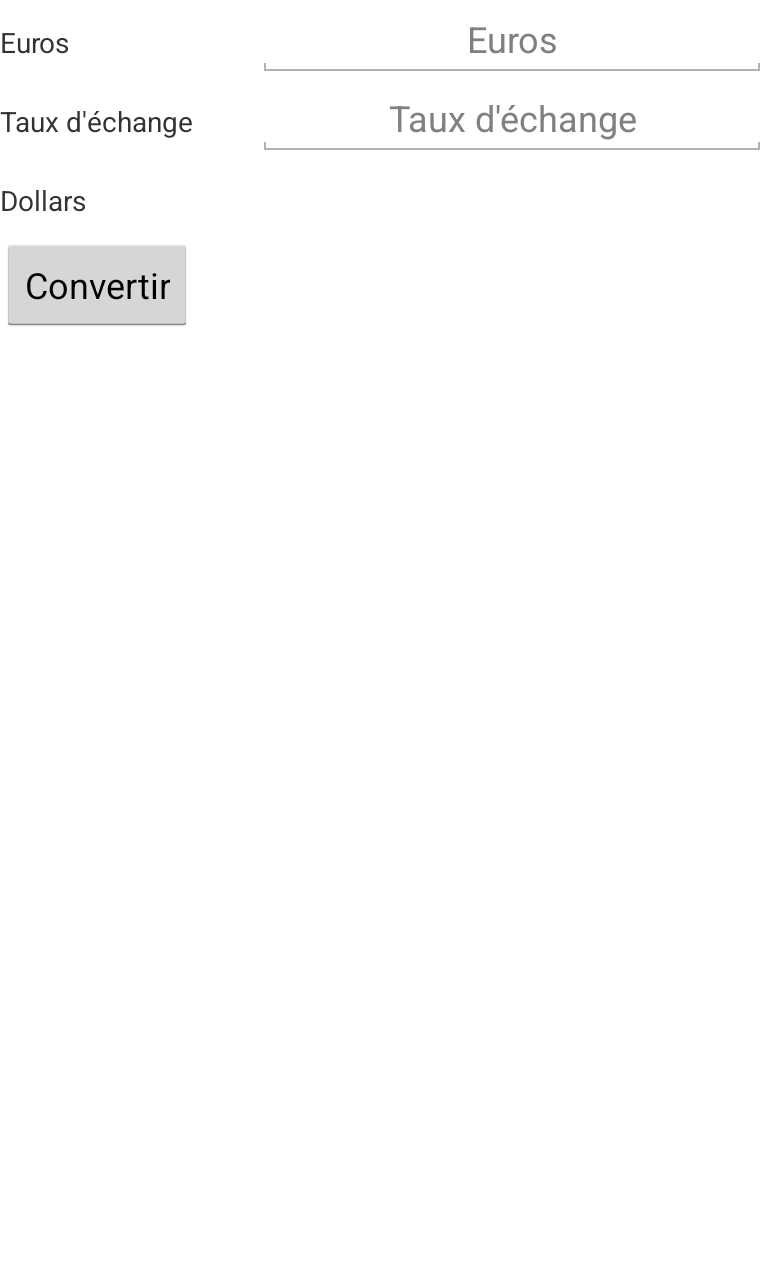
Repository: Keithdae/TP_IHM
Layout: Sous/res/layout/activity_main.xml
These files come from the project's save history. The layout is drawn as it stood at one moment and after the next save; the edit follows.
It is drawn on a 768 x 1280 px phone screen (xhdpi) without system bars, with theme AppTheme; the app's code is not run.

Above is the layout before, as saved 2016-03-08 10:52:00.

### Sous/res/layout/activity_main.xml
<LinearLayout xmlns:android="http://schemas.android.com/apk/res/android"
    xmlns:tools="http://schemas.android.com/tools"
    android:layout_width="match_parent"
    android:layout_height="match_parent"
    android:orientation="vertical"
    tools:context=".MainActivity" >


    <LinearLayout
    android:layout_width="match_parent"
    android:layout_height="wrap_content"
    android:orientation="horizontal">


    	<TextView
    	    android:layout_weight="1"
    	    android:layout_width="0dp"
     	 	android:layout_height="wrap_content"
      		android:text="@string/euros_label" />

    	<EditText android:id="@+id/edit_euros"
    	    android:inputType="numberDecimal"
    	    android:layout_weight="2"
        	android:layout_width="0dp"
        	android:layout_height="wrap_content"
        	android:gravity="center_horizontal"
        	android:hint="@string/euros_label" />

    </LinearLayout>


    <LinearLayout
    android:layout_width="match_parent"
    android:layout_height="wrap_content"
    android:orientation="horizontal">


    	<TextView
    	    android:layout_weight="1"
    	    android:layout_width="0dp"
     	 	android:layout_height="wrap_content"
      		android:text="@string/change_label" />

    	<EditText android:id="@+id/edit_change"
        	android:inputType="numberDecimal"
        	android:layout_weight="2"
        	android:layout_width="0dp"
        	android:layout_height="wrap_content"
        	android:gravity="center_horizontal"
        	android:hint="@string/change_label" />

    </LinearLayout>


    <LinearLayout
    android:layout_width="match_parent"
    android:layout_height="wrap_content"
    android:orientation="horizontal">


    	<TextView
    	    android:layout_weight="1"
    	    android:layout_width="0dp"
     	 	android:layout_height="wrap_content"
      		android:text="@string/dollars_label" />

    	<EditText android:id="@+id/edit_dollars"
    	    android:visibility="invisible"
        	android:inputType="numberDecimal"
        	android:layout_weight="2"
        	android:layout_width="0dp"
        	android:layout_height="wrap_content"
        	android:gravity="center_horizontal"
        	android:hint="@string/dollars_label"
        	android:enabled="false"
        	android:focusable="false" />

    </LinearLayout>


    <Button
    android:layout_width="wrap_content"
    android:layout_height="wrap_content"
    android:text="@string/button_convert"
    android:onClick="convert" />


</LinearLayout>

### Sous/res/values/strings.xml
<?xml version="1.0" encoding="utf-8"?>
<resources>

    <string name="app_name">Sous</string>
    <string name="hello_world">Hello world!</string>
    <string name="menu_settings">Settings</string>
    <string name="euros_label">Euros</string>
    <string name="dollars_label">Dollars</string>
    <string name="change_label">Taux d\'échange</string>
    <string name="button_convert">Convertir</string>

</resources>

Loaded but not shown: Sous/res/values/styles.xml (common file); Sous/res/values-v11/styles.xml (common file); Sous/res/values-v14/styles.xml (common file)

After the next save:
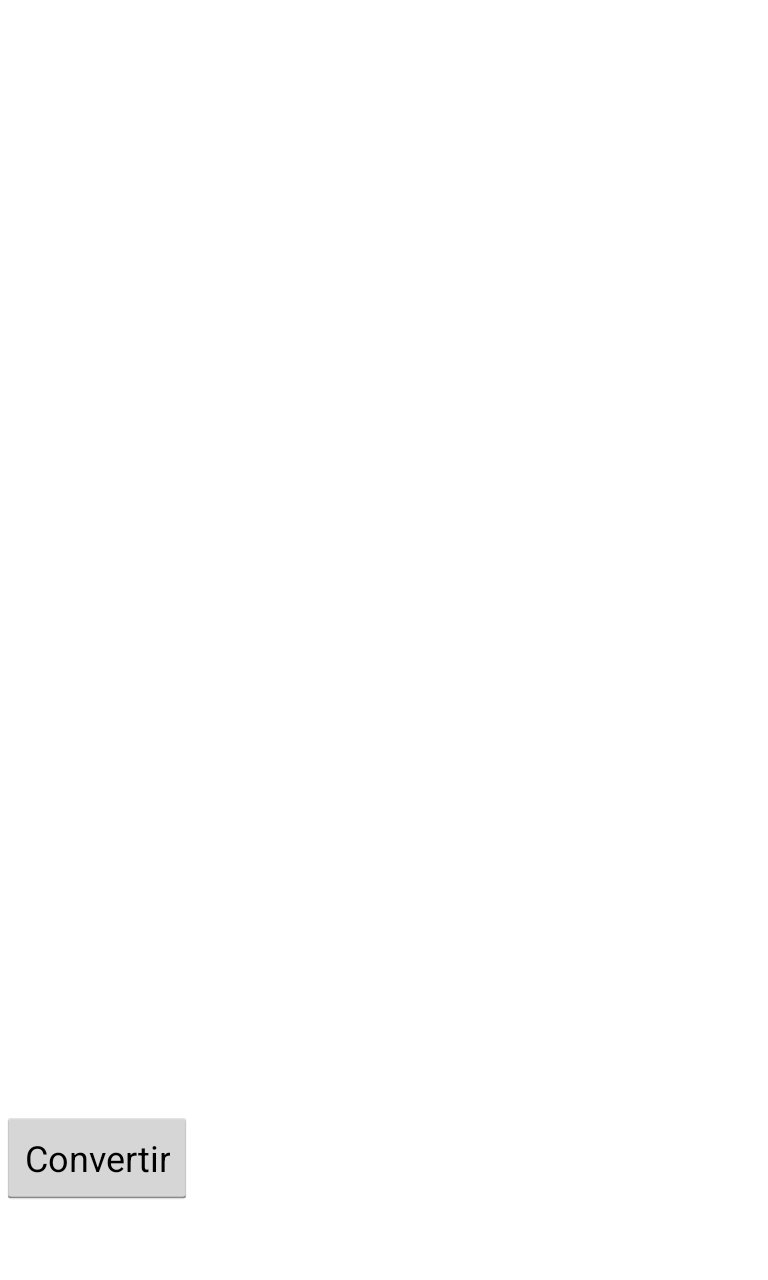
Saved 38 s later.
--- a/Sous/res/layout/activity_main.xml
+++ b/Sous/res/layout/activity_main.xml
@@ -9,7 +9,7 @@
     <LinearLayout
     android:layout_width="match_parent"
     android:layout_height="wrap_content"
-    android:orientation="horizontal">
+    android:orientation="vertical">
 
 
     	<TextView
@@ -32,7 +32,7 @@
     <LinearLayout
     android:layout_width="match_parent"
     android:layout_height="wrap_content"
-    android:orientation="horizontal">
+    android:orientation="vertical">
 
 
     	<TextView
@@ -55,7 +55,7 @@
     <LinearLayout
     android:layout_width="match_parent"
     android:layout_height="wrap_content"
-    android:orientation="horizontal">
+    android:orientation="vertical">
 
 
     	<TextView

After the save that followed:
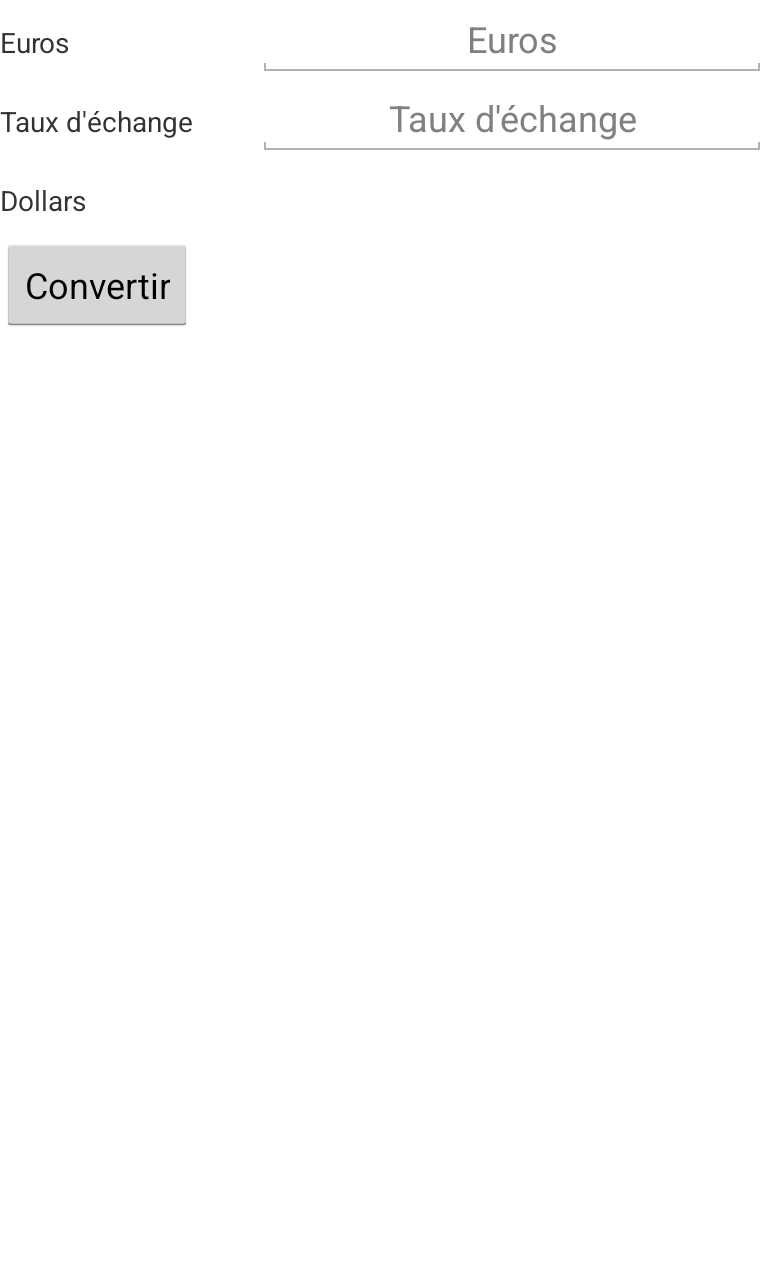
Saved 67 s later.
--- a/Sous/res/layout/activity_main.xml
+++ b/Sous/res/layout/activity_main.xml
@@ -9,7 +9,7 @@
     <LinearLayout
     android:layout_width="match_parent"
     android:layout_height="wrap_content"
-    android:orientation="vertical">
+    android:orientation="horizontal">
 
 
     	<TextView
@@ -32,7 +32,7 @@
     <LinearLayout
     android:layout_width="match_parent"
     android:layout_height="wrap_content"
-    android:orientation="vertical">
+    android:orientation="horizontal">
 
 
     	<TextView
@@ -55,7 +55,7 @@
     <LinearLayout
     android:layout_width="match_parent"
     android:layout_height="wrap_content"
-    android:orientation="vertical">
+    android:orientation="horizontal">
 
 
     	<TextView
